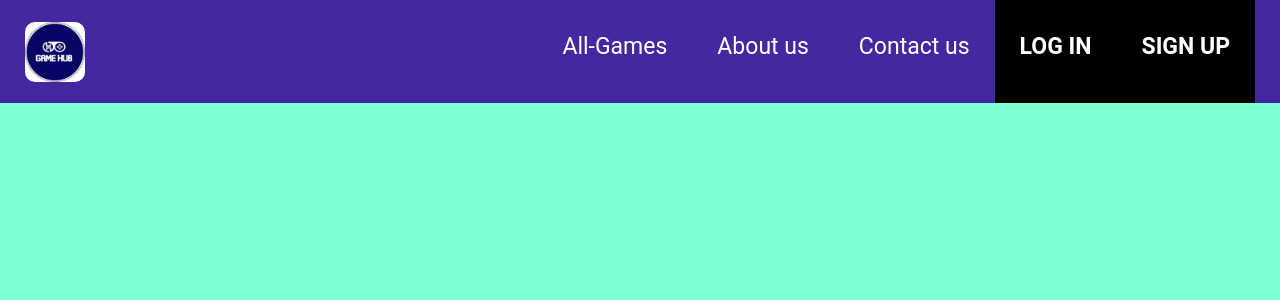
Repository: Fariaddd/HTML-CSS-reset
Page: index.html
An editor plug-in stored every save of this project. The page is shown before and after the next save, followed by the edit.
The browser window is 1280 px wide. The pictures show the whole page.
Some web fonts or font styles are not loaded; a fallback is used.

Above is the page before, as saved 2022-04-01 16:48:59.

After the next save:
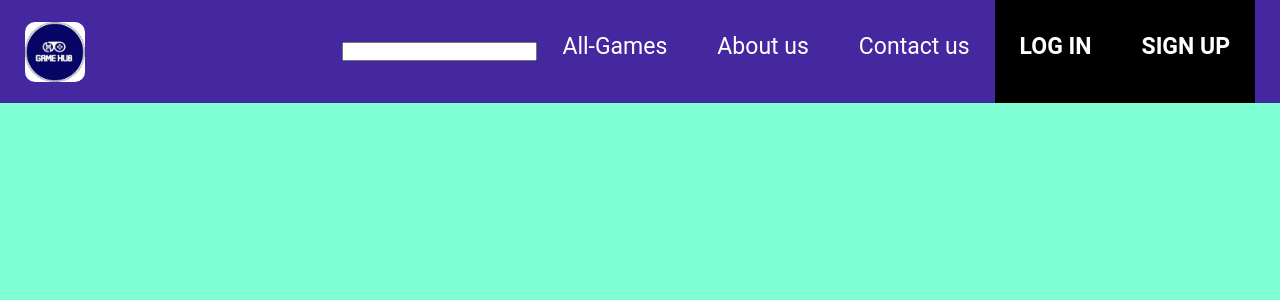
Saved 19 min 32 s later.
--- a/index.html
+++ b/index.html
@@ -15,6 +15,8 @@
         /></a>
       </div>
       <div class="navigation">
+          <input type="chechbox" class="">
+
         <ul class="menu">
           <li><a href="./all-games.html">All-Games</a></li>
           <li><a href="./about.html">About us</a></li>
